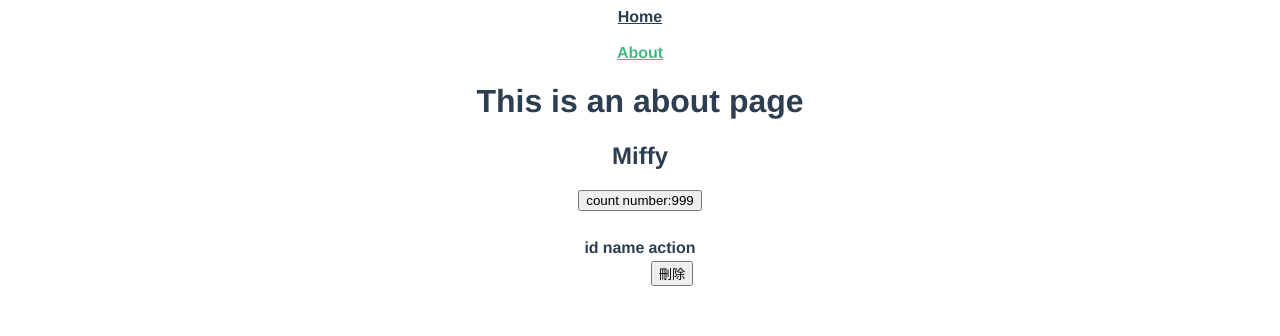
Repository: HaoMiffy/vue3-compisition-Typescript-pinia
Page: /about
The author's editor kept a copy of each file at every save. The page is drawn from the files as they stood at one save, then again after the next save.
The browser window is 1280 px wide. The pictures show the whole page.
The project was rebuilt for these pictures with package versions that can differ from the ones it lists, and the page was loaded fresh each time. Also part of the build but not shown: vue.config.js, src/components/HelloWorld.vue, src/views/HomeView.vue.

Above is the page before, as saved 2022-12-12 11:40:00.

### src/main.ts
import { createApp } from 'vue'
import App from './App.vue'
import router from './router'
import { createPinia } from 'pinia'

createApp(App).use(createPinia()).use(router).mount('#app')

### src/App.vue
<template>
<navbar></navbar>
<RouterView></RouterView>
</template>


<script lang="ts" setup>
import navbar from './components/navbar.vue'
</script>

<style>
#app {
  font-family: Avenir, Helvetica, Arial, sans-serif;
  -webkit-font-smoothing: antialiased;
  -moz-osx-font-smoothing: grayscale;
  text-align: center;
  color: #2c3e50;
}

.nav {
  padding: 30px;
  text-align: left;
}



nav a {
  font-weight: bold;
  color: #2c3e50;
}

nav a.router-link-exact-active {
  color: #42b983;
}
</style>

### src/components/navbar.vue
<!-- eslint-disable vue/multi-word-component-names -->
<template>
    <nav class="navbar navbar-default">
        <div class="container-fluid">
            <div class="navbar-header">
                <router-link to="/" class="item">Home</router-link>
            </div>
            <br />
            <div>
                <router-link to="/about" class="item">About</router-link>
            </div>
        </div>
    </nav>
</template>

### src/views/AboutView.vue
<template>
  <div class="about">
    <h1>This is an about page</h1>
    <h2>{{ max }}</h2>
    <button @click="click()">count number:{{ counter.count }}</button>
    <div class="table">
      <table>
        <thead>
          <tr>
            <th>id</th>
            <th>name</th>
            <th>action</th>
          </tr>
        </thead>
        <tbody>
          <tr v-for="(item, index) in data"  :key="index">
            <td>
              {{item.id}}
            </td>
            <td>
              {{item.name}}
            </td>
            <td>
              <button @click="remove(index)">刪除</button>
            </td>
          </tr>
        </tbody>
      </table>
    </div>
  </div>
</template>

<script lang="ts" setup>
import { ref, reactive } from 'vue'
import { PublicStore } from '@/store/index'
const store = PublicStore()

const max = ref("Miffy")
const counter = reactive({ count: 999 })


const data = reactive([
store.$state.data
])

function click() {
  counter.count++
}

function remove(index: number) {
  data.splice(index, 1);
  console.log(data)
}



</script>

<style>
.table {
  margin-top: 25px;
  display: flex;
  justify-content: center;
  align-items: center;
}
</style>

### src/store/index.ts
import { defineStore } from 'pinia'
export const PublicStore = defineStore('Public', { // Public项目唯一id
  state: () => {
    return {
      data: [
        {
          id: 123,
          name: "Miffy"
        },
        {
          id: 456,
          name: "Miffy"
        },
        {
          id: 789,
          name: "Miffy"
        }
      ]
    }
  },
  getters: {

  },
  // other options...
})

Loaded but not shown: src/router/index.ts (common file)

After the next save:
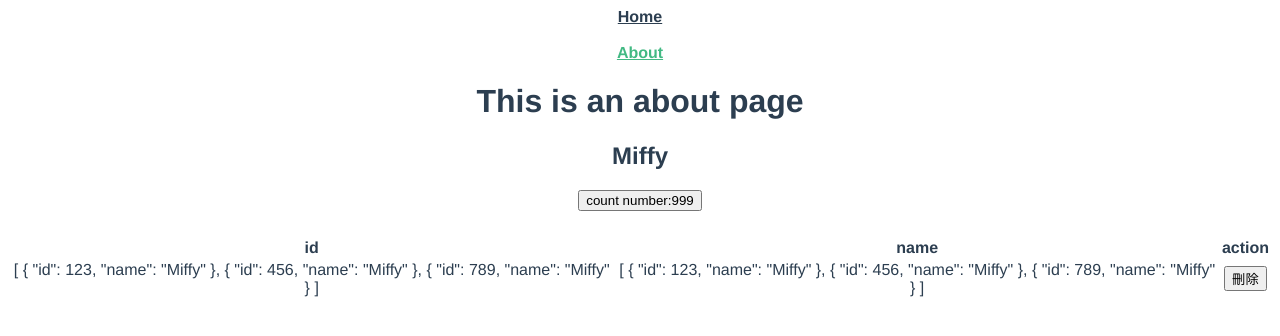
Saved 54 s later.
--- a/src/views/AboutView.vue
+++ b/src/views/AboutView.vue
@@ -15,10 +15,10 @@
         <tbody>
           <tr v-for="(item, index) in data"  :key="index">
             <td>
-              {{item.id}}
+              {{item}}
             </td>
             <td>
-              {{item.name}}
+              {{item}}
             </td>
             <td>
               <button @click="remove(index)">刪除</button>
